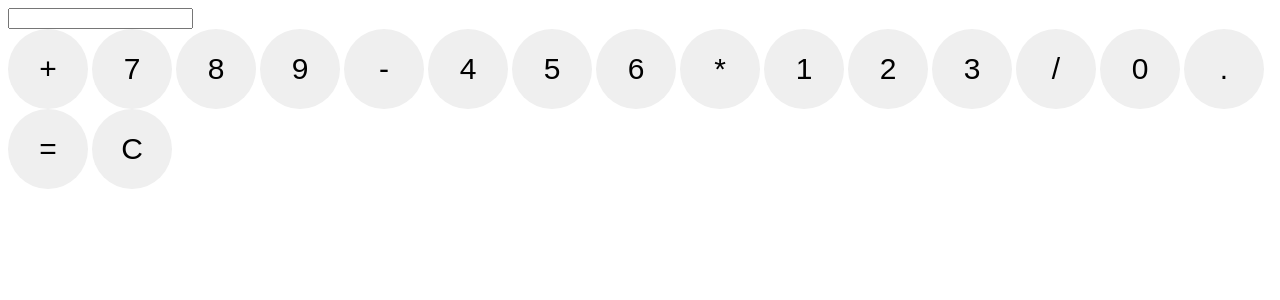
Repository: Haakim19/JavaScript
Page: Calculater/Main.html
These files come from the project's save history. The page is drawn as it stood at one moment and after the next save; the edit follows.
The browser window is 1280 px wide. The pictures show the whole page.

Above is the page before, as saved 2024-10-22 21:39:32.

After the next save:
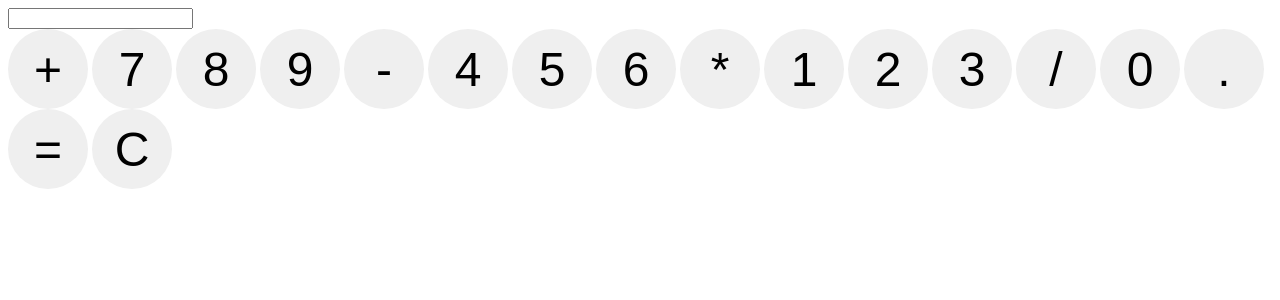
Saved 27 s later.
--- a/Calculater/Main.css
+++ b/Calculater/Main.css
@@ -3,5 +3,5 @@ button{
     height: 80px;
     border-radius: 50px;
     border: none;
-    font-size: 30px;
+    font-size: 3rem;
 }
